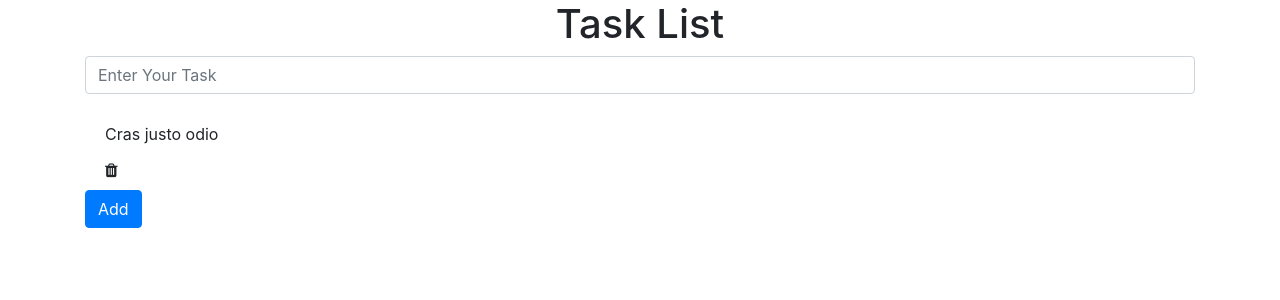
Repository: hoangphuong965/todolist
Page: index.html
These files come from the project's save history. The page is drawn as it stood at one moment and after the next save; the edit follows.
The browser window is 1280 px wide. The pictures show the whole page.

Above is the page before, as saved 2020-09-04 14:14:27.

After the next save:
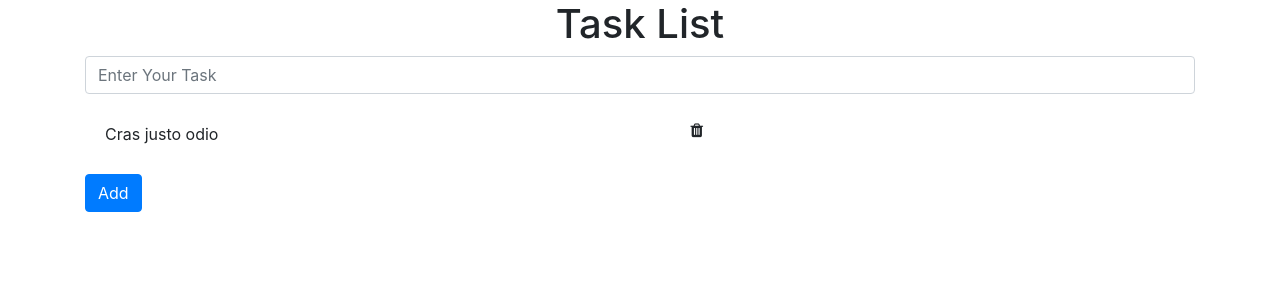
Saved 37 s later.
--- a/style.css
+++ b/style.css
@@ -1,4 +1,3 @@
 .tst{
-     display: grid;
-     grid-auto-columns: ;
-}
+      display: grid;
+  grid-template-columns: auto auto ;

After the 2 saves that followed:
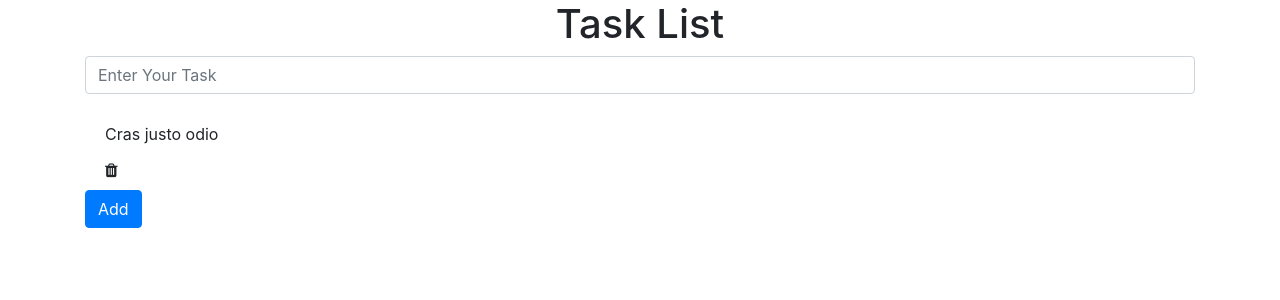
The 2 saves are shown as one change because 1 left the picture as it was.
The last was saved 34 s later.
--- a/style.css
+++ b/style.css
@@ -1,3 +1,4 @@
-.tst{
-      display: grid;
-  grid-template-columns: auto auto ;
+.tst {
+  display: grid;
+  grid-template-columns: auto auto au;
+}
